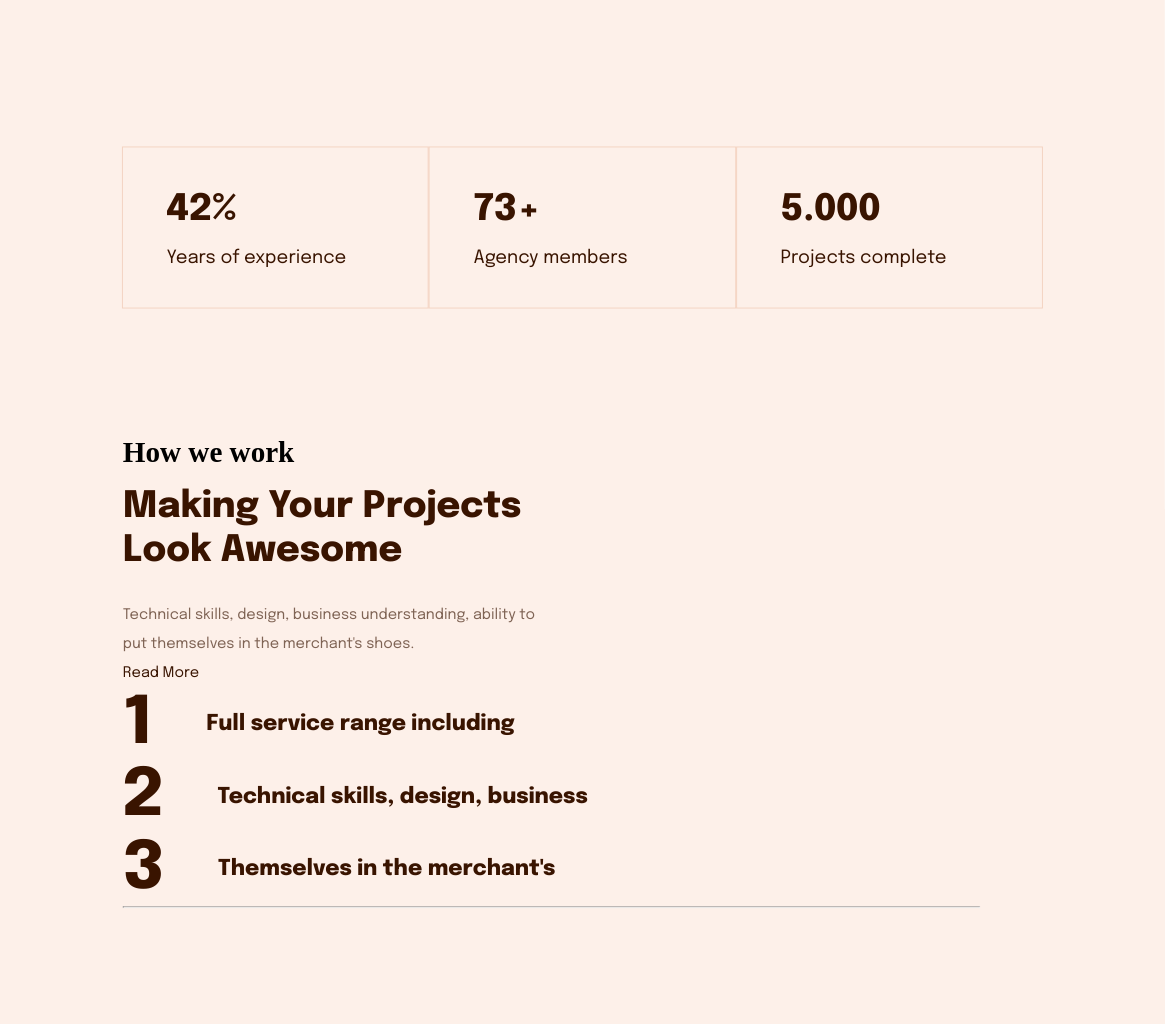
Repository: MehdiKerimov/Figma-task-7
Page: index.html
The author's editor kept a copy of each file at every save. The page is drawn from the files as they stood at one save, then again after the next save.
The browser window is 1280 px wide. The pictures show the whole page, at 91% of full size.

Above is the page before, as saved 2023-08-30 12:19:54.

### index.html
<!DOCTYPE html>
<html lang="en">

<head>
    <meta charset="UTF-8">
    <meta name="viewport" content="width=device-width, initial-scale=1.0">
    <title>Document</title>
    <link rel="stylesheet" href="index.css">
</head>

<body>
    <div class="container">
        <div class="container-1">
            <ul>

                    <li>
                        <h1>42%</h1>
                        <p>Years of experience</p>
                    </li>


                    <li>
                        <h1>73+</h1>
                        <P>Agency members</P>
                    </li>


                    <li>
                        <h1>5.000</h1>
                        <p>Projects complete</p>
                    </li>

            </ul>
        </div>
        <div class="container-2">
            <div class="collaj-box">
                <div class="text-container">
                    <h1>How we work</h1>
                    <h2>Making Your Projects Look Awesome</h2>
                    <p>Technical skills, design, business understanding, ability to put themselves in the merchant's shoes.</p>
                    <a href="">Read More</a>
                </div>
                <ul>
                   <li>
                    <h1>1</h1>
                    <p>Full service range including</p>
                   </li>
                   <li>
                    <h1>2</h1>
                    <p>Technical skills, design, business</p>
                   </li>
                   <li>
                    <h1>3</h1>
                    <p>Themselves in the merchant's</p>
                   </li>
                </ul>

            </div>
          <hr>
        </div>

    </div>


</body>

</html>

### index.css
@import url("https://fonts.googleapis.com/css2?family=Epilogue:wght@400;800&display=swap");
* {
  padding: 0;
  margin: 0;
  box-sizing: border-box;
}
.container {
  background: #fdf0e9;
  min-height: 100vh;
}
.container-1 {
  padding: 161px 134px 140px 134px;
}

.container-1 .box-1 {
  width: 391px;
  height: 176px;
  border-radius: 6px 0px 0px 6px;
}
.container-1 ul {
  display: flex;
}
.container-1 ul li {
  list-style-type: none;
  width: 33.33%;
  border: 1px solid #f3d1bf;
  padding: 45px 0 38px 48px;
}
.container-1 ul li h1 {
  color: var(--text-dark, #391400);
  font-feature-settings: "clig" off, "liga" off;
  font-family: Epilogue;
  font-size: 40px;
  font-style: normal;
  font-weight: 800;
  line-height: 48px;
}
.container-1 ul li p {
  margin-top: 13px;
  color: var(--text-dark, #391400);
  font-feature-settings: "clig" off, "liga" off;
  font-family: Epilogue;
  font-size: 20px;
  font-style: normal;
  font-weight: 400;
  line-height: 32px;
}
.container-1 .box-1 li h1 {
  padding: 45px 0px 13px 48px;
}
.container-1 .box-1 li p {
  margin-left: 48px;
}
.container-1 .box-3 li p {
  margin-left: 48px;
  color: var(--text-dark, #391400);
  font-feature-settings: "clig" off, "liga" off;
  font-family: Epilogue;
  font-size: 20px;
  font-style: normal;
  font-weight: 400;
  line-height: 32px;
}
.container-2{
    padding: 0 203px 127px 135px;

}
.co
.container-2 .text-container h1 {
  color: var(--text-dark-accent, #ef6d58);
  font-feature-settings: "clig" off, "liga" off;
  font-family: Epilogue;
  font-size: 16px;
  font-style: normal;
  font-weight: 400;
  line-height: 32px;
  letter-spacing: 3px;
  text-transform: uppercase;
}
.container-2 .text-container h2 {
    margin-top: 17px;
    margin-bottom: 31px;
    width: 448px;
  color: var(--text-dark, #391400);
  font-feature-settings: "clig" off, "liga" off;
  font-family: Epilogue;
  font-size: 40px;
  font-style: normal;
  font-weight: 800;
  line-height: 48px;
}
.container-2 .text-container p {
    width: 470px;
  color: var(--text-dark-gray, rgba(57, 20, 0, 0.64));
  font-feature-settings: "clig" off, "liga" off;
  font-family: Epilogue;
  font-size: 16px;
  font-style: normal;
  font-weight: 400;
  line-height: 32px;
}
.container-2 .text-container a {
    margin-top: 28px;
  color: var(--text-dark, #391400);
  font-feature-settings: "clig" off, "liga" off;
  font-family: Epilogue;
  font-size: 16px;
  font-style: normal;
  font-weight: 400;
  line-height: 32px;
  text-decoration: none;
}

.container-2 ul li  {
display: flex;
align-items: center;
}
.container-2 ul li h1{
    margin-right: 60px;
    color: #391400;
font-feature-settings: 'clig' off, 'liga' off;

/* H1 */
font-family: Epilogue;
font-size: 72px;
font-style: normal;
font-weight: 800;
line-height: 80px; /* 111.111% */
letter-spacing: -2px;
}
.container-2 ul li p{
    color: var(--text-dark, #391400);
font-feature-settings: 'clig' off, 'liga' off;

/* H4 */
font-family: Epilogue;
font-size: 24px;
font-style: normal;
font-weight: 700;
line-height: 32px; /* 133.333% */
}

After the next save:
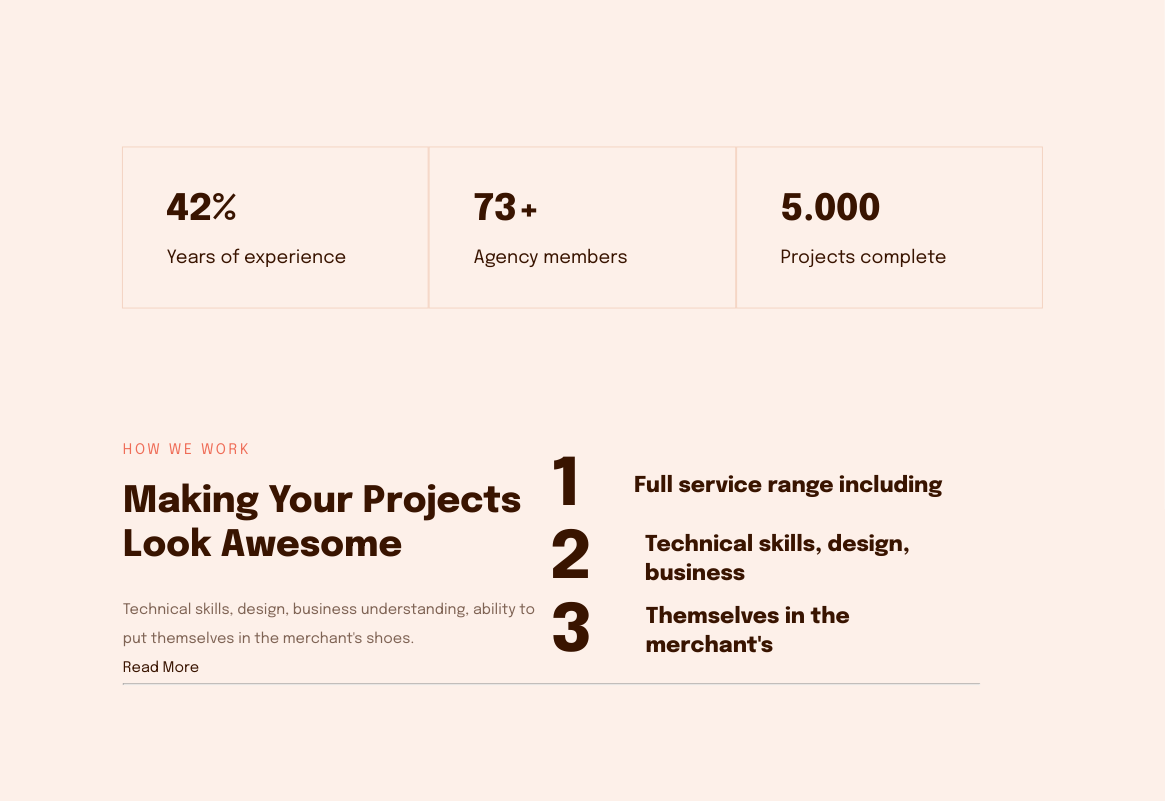
Saved 6 s later.
--- a/index.css
+++ b/index.css
@@ -65,7 +65,11 @@
     padding: 0 203px 127px 135px;
 
 }
-.co
+.container-2 .collaj-box{
+    display: flex;
+    justify-content: space-between;
+    align-items: center;
+}
 .container-2 .text-container h1 {
   color: var(--text-dark-accent, #ef6d58);
   font-feature-settings: "clig" off, "liga" off;
